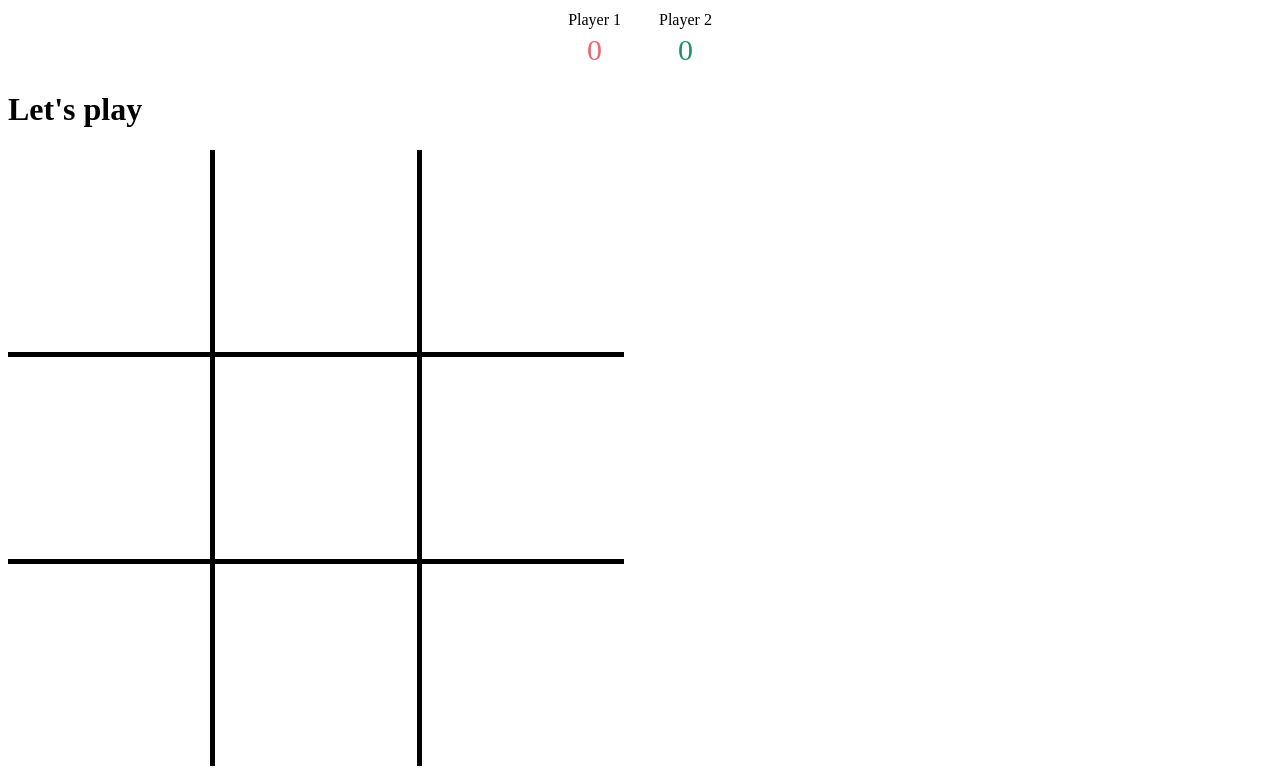
Repository: anas-essaguiar/epita.advancedWeb
Page: tictatoe/index.html
These files come from the project's save history. The page is drawn as it stood at one moment and after the next save; the edit follows.
The browser window is 1280 px wide. The pictures show the whole page.

Above is the page before, as saved 2021-04-23 15:24:14.

After the next save:
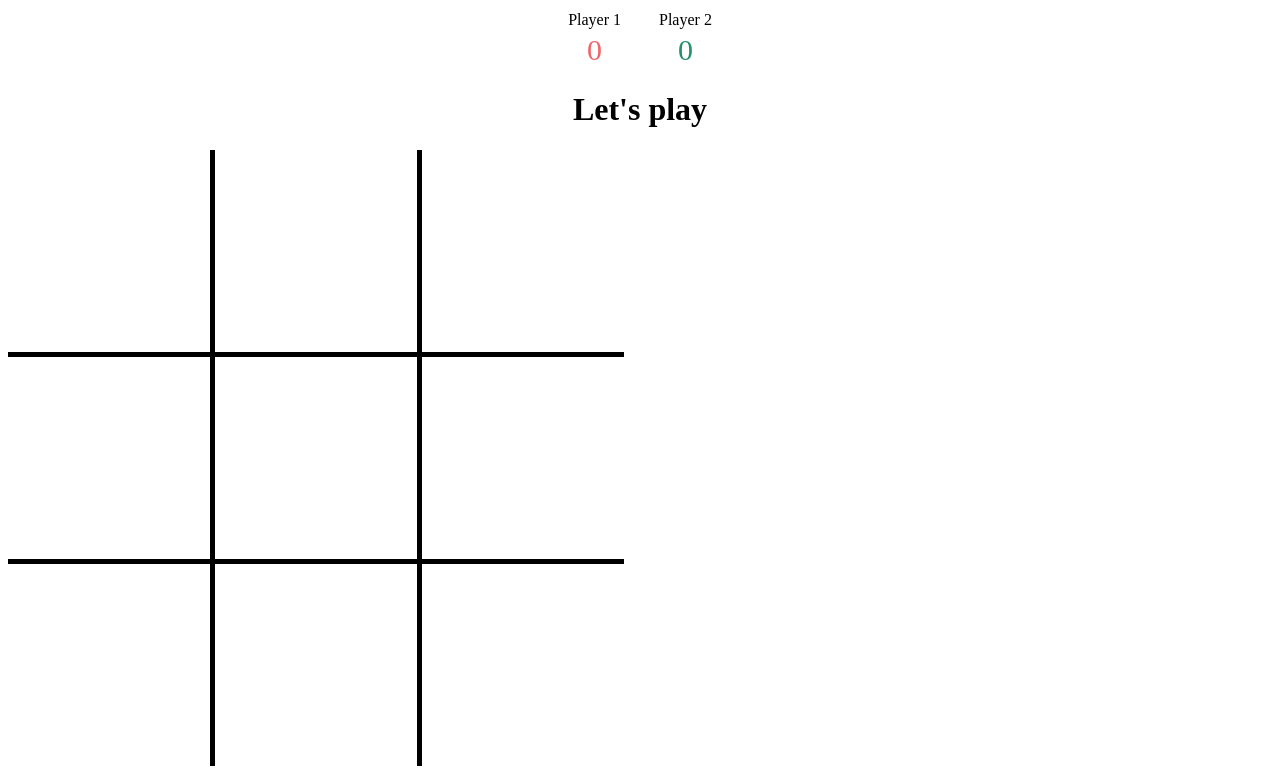
Saved 29 s later.
--- a/tictatoe/style.css
+++ b/tictatoe/style.css
@@ -1,4 +1,7 @@
-
+body {
+    font: normal 16px comic sans ms;
+    text-align: center;
+  }
 .col{
     border: 5px solid black;
     width: 200px;
